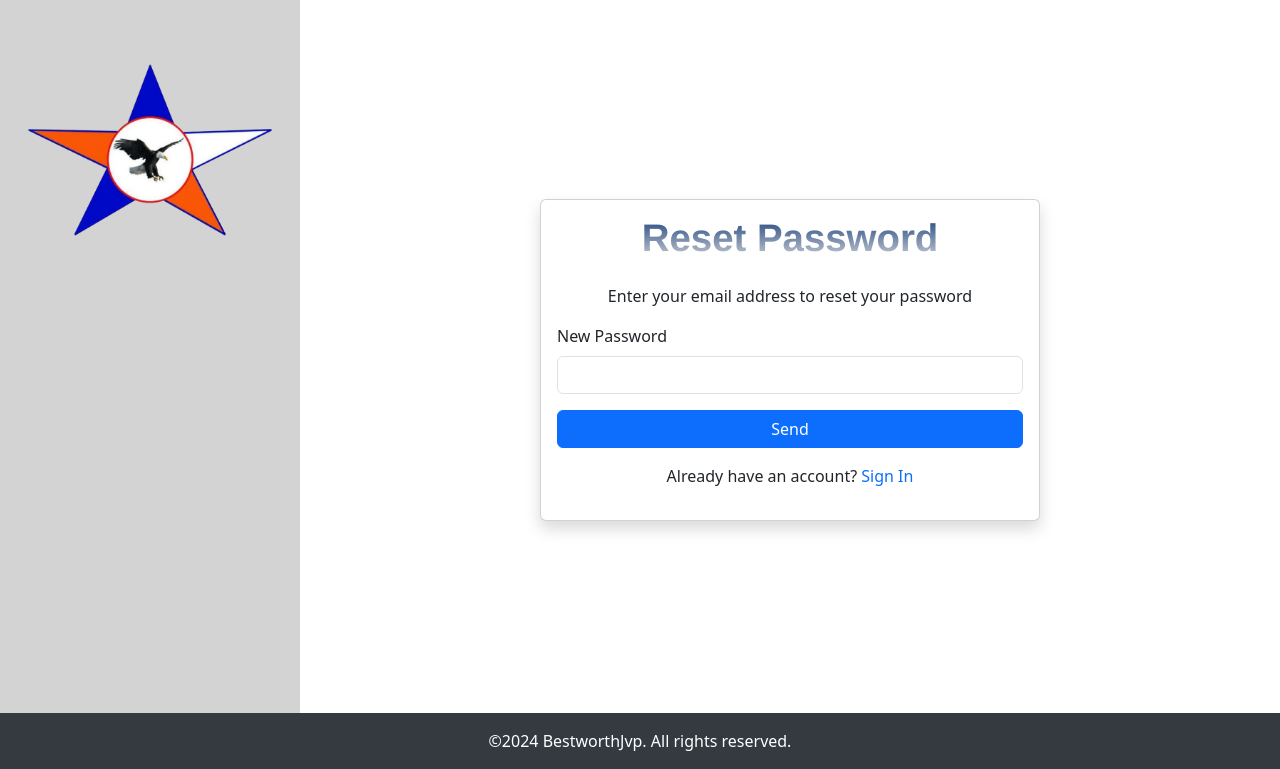
Repository: OVictor21/inventory
Page: /Reset2
The author's editor kept a copy of each file at every save. The page is drawn from the files as they stood at one save, then again after the next save.
The browser window is 1280 px wide. The pictures show the whole page.
The project was rebuilt for these pictures with package versions that can differ from the ones it lists, and the page was loaded fresh each time. Also part of the build but not shown: src/components/login.jsx, src/components/signup.jsx, src/components/reset1.jsx.

Above is the page before, as saved 2024-12-15 15:09:16.

### src/index.css
/*
.nav-body {
  width: 35vw;
  height: 65vw;
  background-color: #D3D3D3;

} */
.logo {
  background-size: cover;
  background-repeat: no-repeat;
  background-position: center;
  height: auto;
  width:9rem ;
}

.sign-in{
  width: 40vw;
  height: 65vw;
  left: 45vw;
  top: -10vw;
  overflow: hidden;
}

.login {
  display: flex;
  flex-direction: column;
  min-height: 100vh;
  overflow: hidden;

}

.nav-body {
  flex-grow: 1;
  background-color: #D3D3D3;
  width: 35vw;
  height: 65vw;
}

.text{
  top: 5vw;
  left: 6vw;
  background: linear-gradient(180deg, rgb(51, 85, 136) 13.5%, rgb(206, 208, 214) 100%);
  -webkit-background-clip: text !important;
  background-clip: text;
  -webkit-text-fill-color: transparent;
  text-fill-color: transparent;
  font-family: "Montserrat-Bold", Helvetica;
  font-weight: 700;
  color: transparent;
  font-size: 4vw;
  letter-spacing: 0;
  line-height: normal;
}



.text-wrapper-8 {
  background: linear-gradient(180deg, rgb(51, 85, 136) 13.5%, rgb(206, 208, 214) 100%);
  -webkit-background-clip: text !important;
  background-clip: text;
  -webkit-text-fill-color: transparent;
  text-fill-color: transparent;
  font-family: "Montserrat-Bold", Helvetica;
  font-weight: 600;
  color: transparent;
  font-size: 2vw;
  letter-spacing: 0;
  line-height: normal;
  top: 13vw;
  left: 6vw;
}

.email-text{
  font-size: 1.2vw;

}

.email{
  top: 17vw;
  left: 6vw;
}

.email-in{
  top: 23vw;
  left: 6vw;
  width: 80%;
  max-width: 80%;
  height: 5%;
}

.pass{
  top: 27vw;
  left: 6vw;
}

.pass-in{
  top: 33vw;
  left: 6vw;
  width: 80%;
  max-width: 80%;
  height: 5%;

}

.text-wrapper-7{
  font-family: "Montserrat-Regular", Helvetica;
  font-weight: 400;
  color: #00000061;
  font-size: 1.3vw;
  letter-spacing: 0;
  line-height: normal;
  top: 30vw;
  text-decoration: none;
  right: 2vw;
}



.sign-btn{
  background: linear-gradient(180deg, rgb(51, 85, 136) 93.5%, rgb(206, 208, 214) 97%);
  font-family: "Montserrat-Bold", Helvetica;
  font-weight: 700;
  font-size: 1.5rem;
  letter-spacing: 0;
  line-height: normal;
  width: 80%;
  height: 3rem;
  top: 42vw;
  left: 6vw;
  /* box-shadow: 0px 22px 75px #00000040; */
}


.acct{
  font-family: "Montserrat-Regular", Helvetica;
  font-weight: 700;
  color: #000000;
  font-size: 1.5vw;
  letter-spacing: 0;
  line-height: normal;
  top: 52vw;
  left: 6vw;
}

.acct-1{
  font-family: "Montserrat-Bold", Helvetica;
  font-weight: 700;
  color: rgb(51, 85, 136);
  font-size: 1.5vw;
  text-decoration: none;
  letter-spacing: 0;
  line-height: normal;
  top: 52vw;
  right: 3vw;
}



.pass-text{
font-size: 1.2vw;
}
.footer-body {
  background-color: #343a40; /* Example background color */
  text-align: center;
  padding: 1rem 0;
  margin-top: auto; /* Pushes the footer to the bottom */
}



.side{
  background-color: #D3D3D3;
}
.footers{
  top: 99vh;
  right: 0vw;
  background-color: #343a40;
}

.signuptext{
  top: 5vw;
  left: 6vw;
  background: linear-gradient(180deg, rgb(51, 85, 136) 13.5%, rgb(206, 208, 214) 100%);
  -webkit-background-clip: text !important;
  background-clip: text;
  -webkit-text-fill-color: transparent;
  text-fill-color: transparent;
  font-family: "Montserrat-Bold", Helvetica;
  font-weight: 700;
  color: transparent;
  font-size: 3vw;
  letter-spacing: 0;
  line-height: normal;
}

### src/App.js
// import Navbar from './components/navbar';
import 'bootstrap/dist/css/bootstrap.min.css';
import { BrowserRouter as Router, Route, Routes } from "react-router-dom";
// import Home from "./components/home";
import Login from "./components/login";
import Signup from './components/signup';
import Reset1 from './components/reset1';
import Reset2 from './components/reset2';



function App() {
  return (
    <div className="App">
      <Router>
      <Routes>
        {/* <Route path="/" element={<Navbar />} /> */}
        <Route path="/Login" element={<Login />} />
        <Route path="/Signup" element={<Signup/>} />
        <Route path='/Reset1' element={<Reset1/>} />
        <Route path='/Reset2' element={<Reset2 />} />
      </Routes>
    </Router>
    </div>
  );
}

export default App;

### src/components/reset2.jsx
const   Reset2 = () => {
    return (
      <div className="d-flex">
        {/* Sidebar with Logo */}
        <div className="side text-white d-flex flex-column align-items-center p-3 vh-100" style={{ width: '300px' }}>
          <a href="/" className="d-block mb-4">
            <img
              src="./logo.png" // Replace with your actual logo URL
              alt="Logo"
              className="img-fluid"
            />
          </a>
        </div>

        {/* Main Content Area with Sign-Up Form */}
        <div className="flex-grow-1 d-flex flex-column justify-content-center align-items-center p-4">
          <div className="card shadow p-3" style={{ maxWidth: '500px', width: '100%' }}>
            <h3 className="text-center mb-4 signuptext">Reset Password</h3>
            <p className="text-center">Enter your email address to reset your password</p>
            <form>

              <div className="mb-3">
                <label htmlFor="password" className="form-label">
                  New Password
                </label>
                <input type="password" className="form-control" id="password" required />
              </div>

              <div className="d-grid">
              <button type="submit" className="btn btn-primary"><a href="/Reset2"></a>
                Send
              </button>
            </div>


              <div className="text-center mt-3 ">
      <p>Already have an account?{' '}<a href="/login" className="text-decoration-none">Sign In</a></p>
    </div>

            </form>
          </div>

          {/* Footer */}
          <footer className="mt-auto text-center py-3 w-100 position-absolute footers text-white ">
            <p className="mb-0">&copy;2024 BestworthJvp. All rights reserved.</p>

          </footer>
        </div>
      </div>
    );
  };

  export default Reset2;

Loaded but not shown: public/index.html (common file); src/index.js (common file); src/reportWebVitals.js (common file)

After the next save:
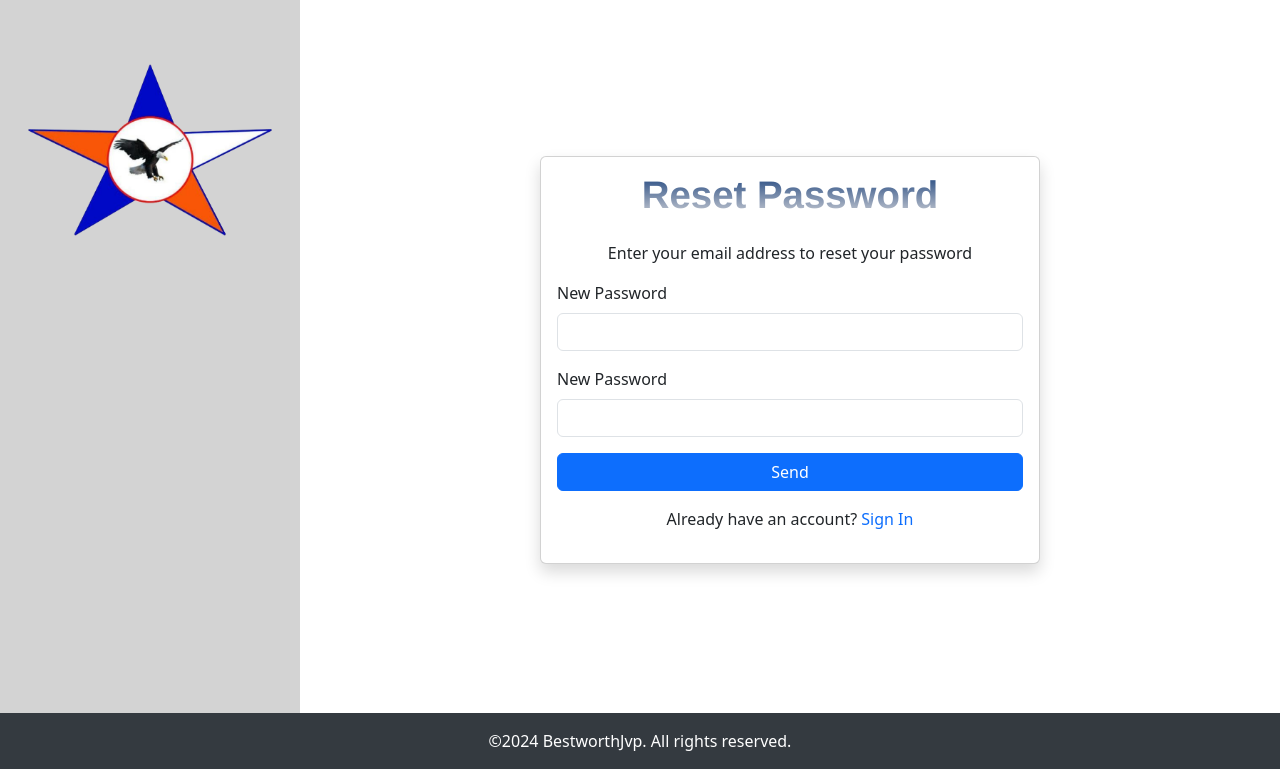
Saved 12 s later.
--- a/src/components/reset2.jsx
+++ b/src/components/reset2.jsx
@@ -18,6 +18,13 @@
             <h3 className="text-center mb-4 signuptext">Reset Password</h3>
             <p className="text-center">Enter your email address to reset your password</p>
             <form>
+
+              <div className="mb-3">
+                <label htmlFor="password" className="form-label">
+                  New Password
+                </label>
+                <input type="password" className="form-control" id="password" required />
+              </div>
 
               <div className="mb-3">
                 <label htmlFor="password" className="form-label">
